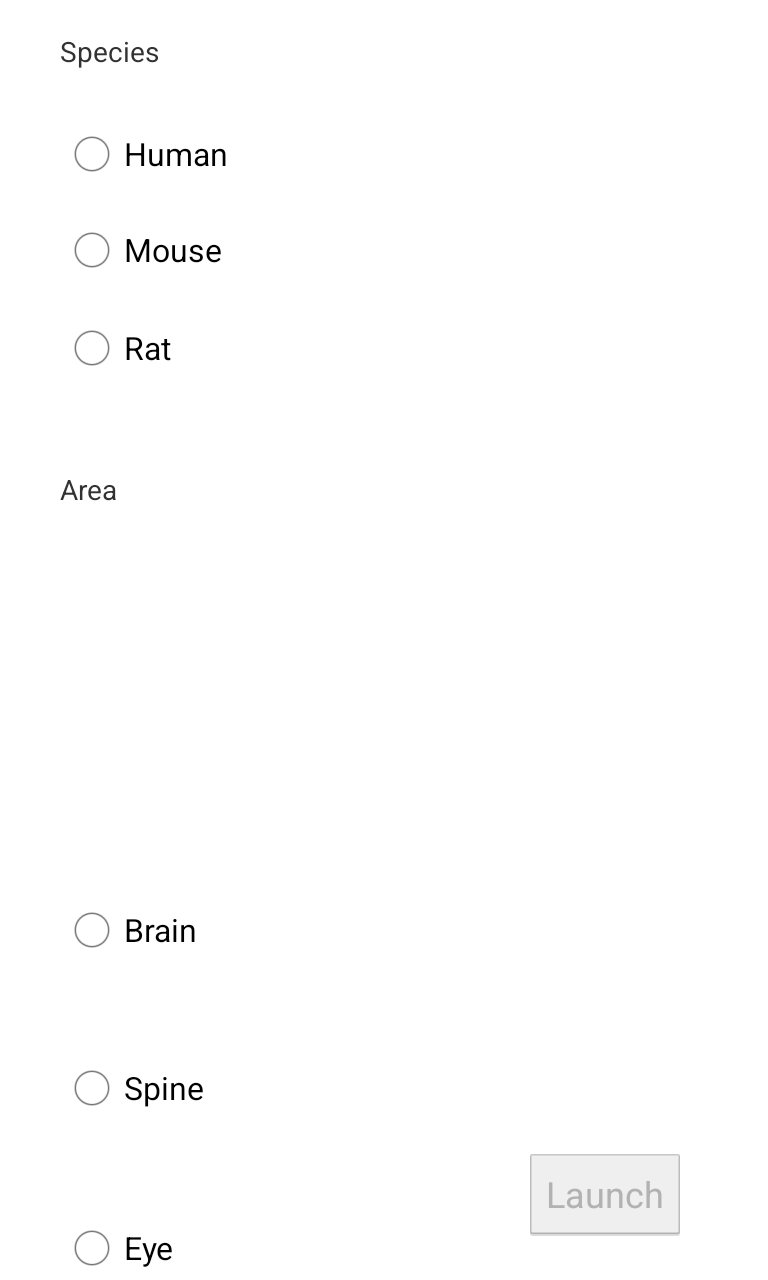
Repository: Ekarg/CSCE315Project3
Layout: Project3/res/layout/activity_main.xml
An editor plug-in stored every save of this project. The layout is shown before and after the next save, followed by the edit.
It is drawn on a 768 x 1280 px phone screen (xhdpi) without system bars, with theme AppTheme; the app's code is not run.

Above is the layout before, as saved 2013-11-20 21:53:11.

After the next save:
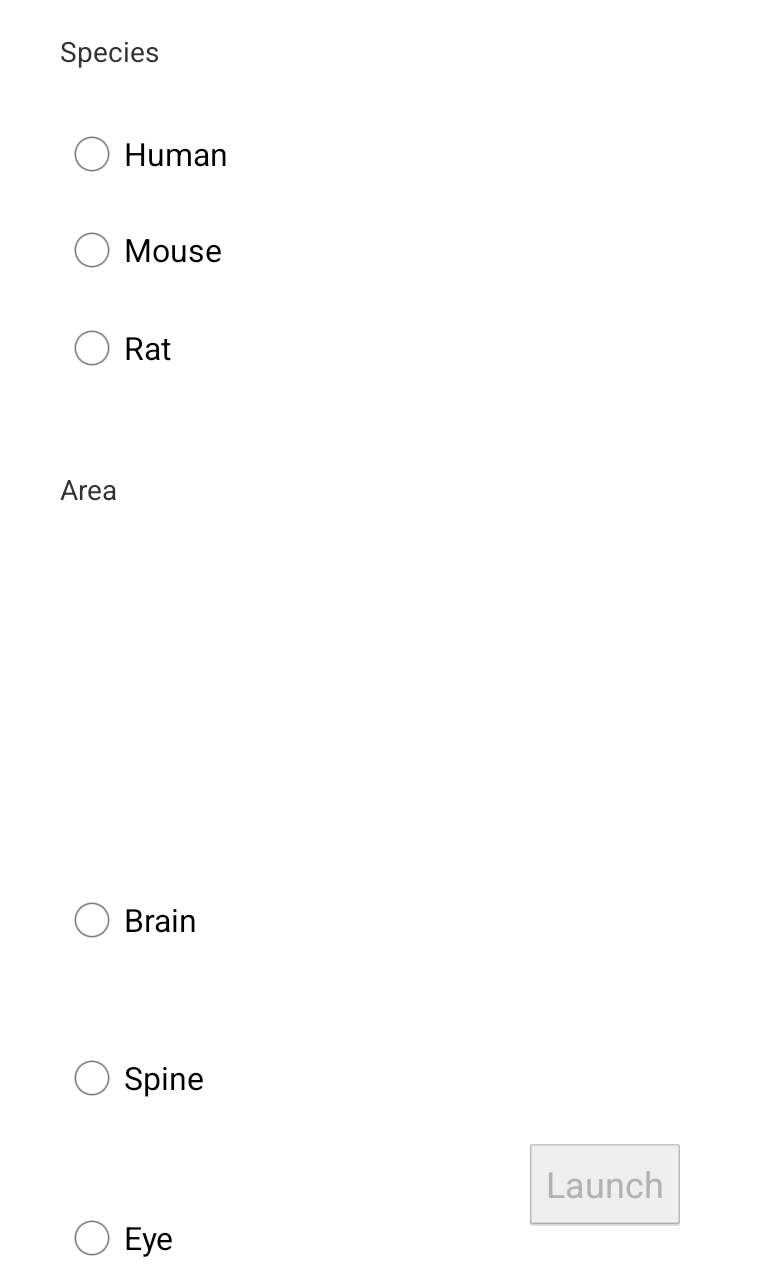
Saved 106 s later.
--- a/Project3/res/layout/activity_main.xml
+++ b/Project3/res/layout/activity_main.xml
@@ -2,7 +2,7 @@
     xmlns:tools="http://schemas.android.com/tools"
     android:layout_width="match_parent"
     android:layout_height="match_parent"
-    android:paddingBottom=""
+    android:paddingBottom="5dp"
     android:paddingLeft="@dimen/activity_horizontal_margin"
     android:paddingRight="@dimen/activity_horizontal_margin"
     android:paddingTop="@dimen/activity_vertical_margin"
